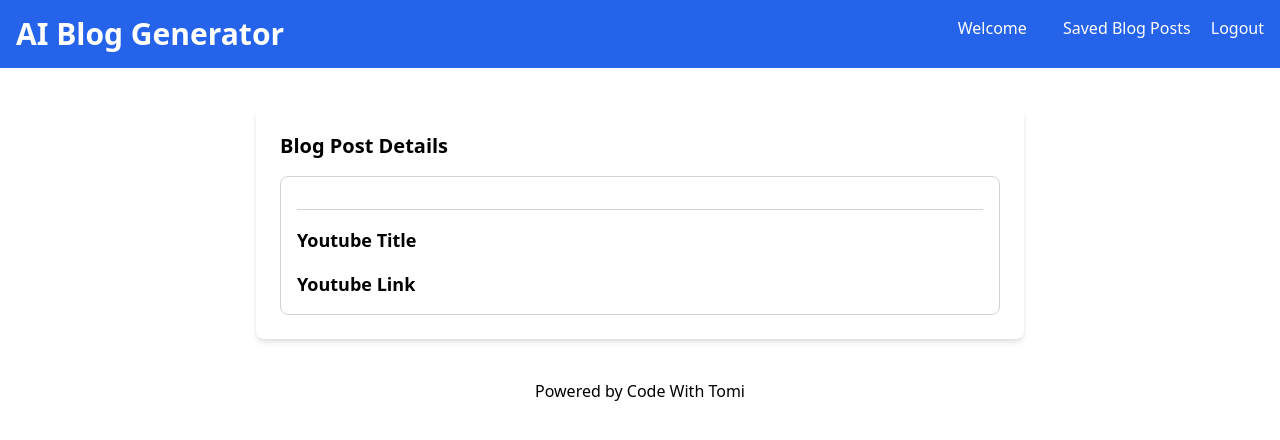
Repository: nandu1331/AI-Blog-Generator
Page: templates/blog-details.html
The author's editor kept a copy of each file at every save. The page is drawn from the files as they stood at one save, then again after the next save.
The browser window is 1280 px wide. The pictures show the whole page.
The page is served by the project's application, run on Django 4.2 (manage.py). The template is opened directly, without the code that normally fills it, so the values that code supplies are empty.

Above is the page before, as saved 2024-06-25 21:48:00.

After the next save:
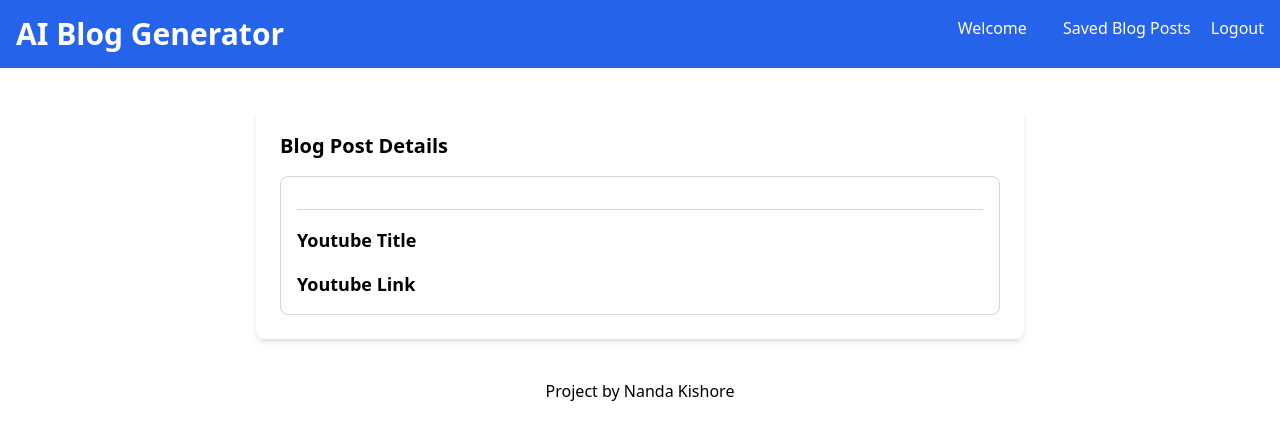
Saved 30 s later.
--- a/templates/blog-details.html
+++ b/templates/blog-details.html
@@ -40,7 +40,7 @@
     </div>
 
     <footer class="text-center p-4 text-blacl mt-6">
-        Powered by <a href="https://www.youtube.com/codewithtomi">Code With Tomi</a>
+        Project by Nanda Kishore
     </footer>
 </body>
 </html>
